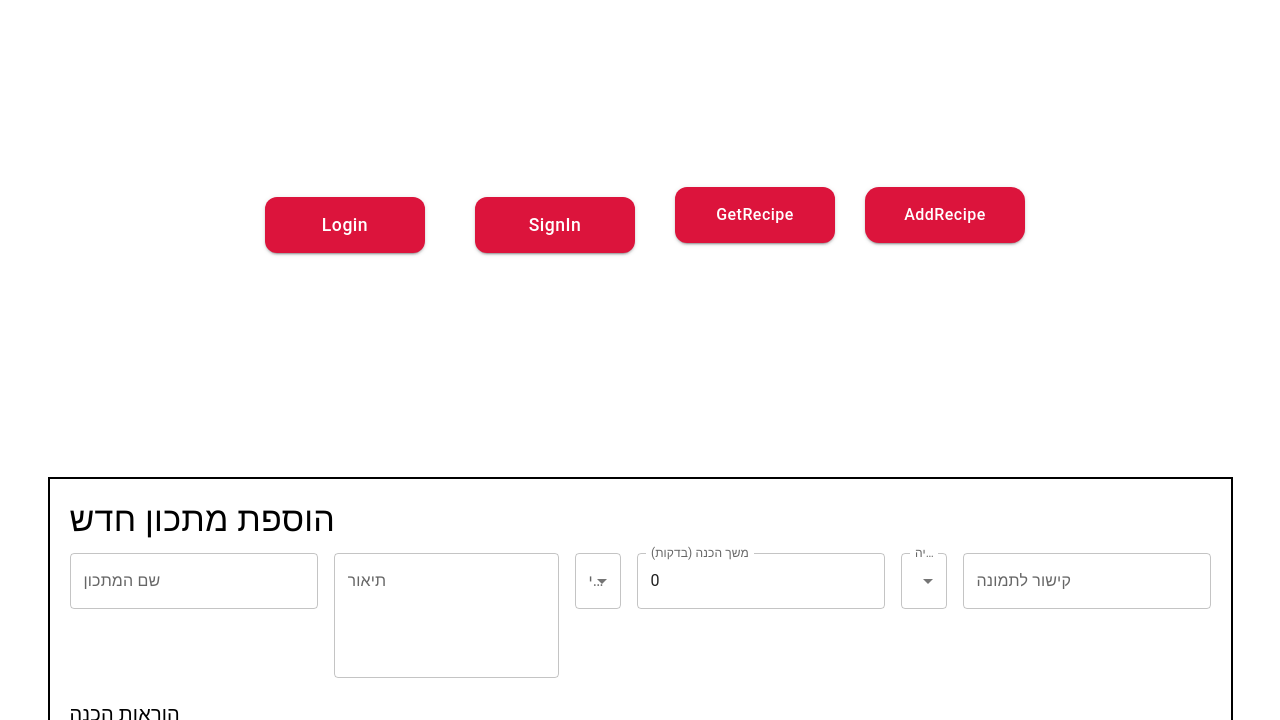
Repository: saraAber/Recipes_ReactProject
Page: /AddRecipe
An editor plug-in stored every save of this project. The page is shown before and after the next save, followed by the edit.
The browser window is 1280 px wide. The pictures show the whole page.
The project was rebuilt for these pictures with package versions that can differ from the ones it lists, and the page was loaded fresh each time. Also part of the build but not shown: vite.config.ts, src/components/Login.tsx, src/components/SignIn.tsx, src/components/userContext.tsx, src/components/GetRecipes.tsx, src/components/CategoriesContext.tsx, src/components/EditRecipe.tsx.

Above is the page before, as saved 2025-05-06 16:08:06.

After the next save:
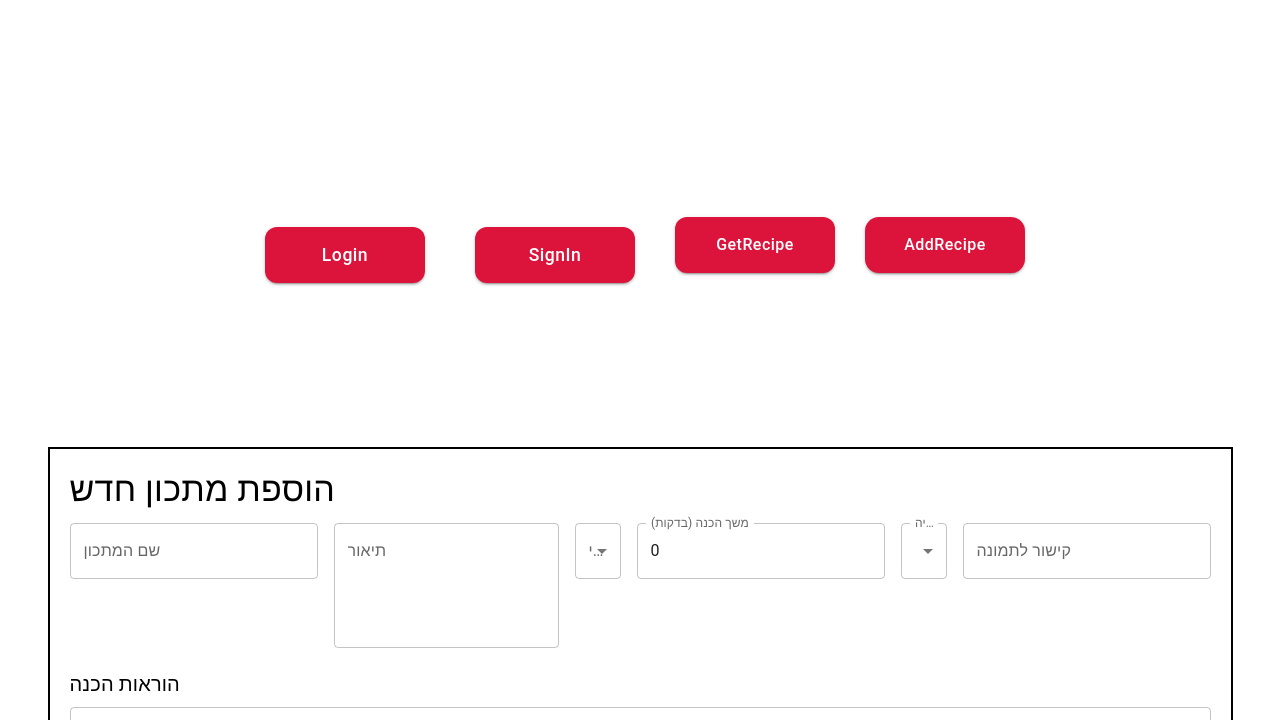
Saved 102 s later.
--- a/src/components/addRecipe.tsx
+++ b/src/components/addRecipe.tsx
@@ -86,7 +86,7 @@ const AddRecipe: React.FC = () => {
   };
 
   return (
-    <form onSubmit={handleSubmit(onSubmit)} style={{ marginTop: 64, border: '2px solid #000', padding: '20px' }}>
+    <form onSubmit={handleSubmit(onSubmit)} style={{ marginTop: 4, border: '2px solid #000', padding: '20px' }}>
       <Typography variant="h4" gutterBottom>
         הוספת מתכון חדש
       </Typography>
